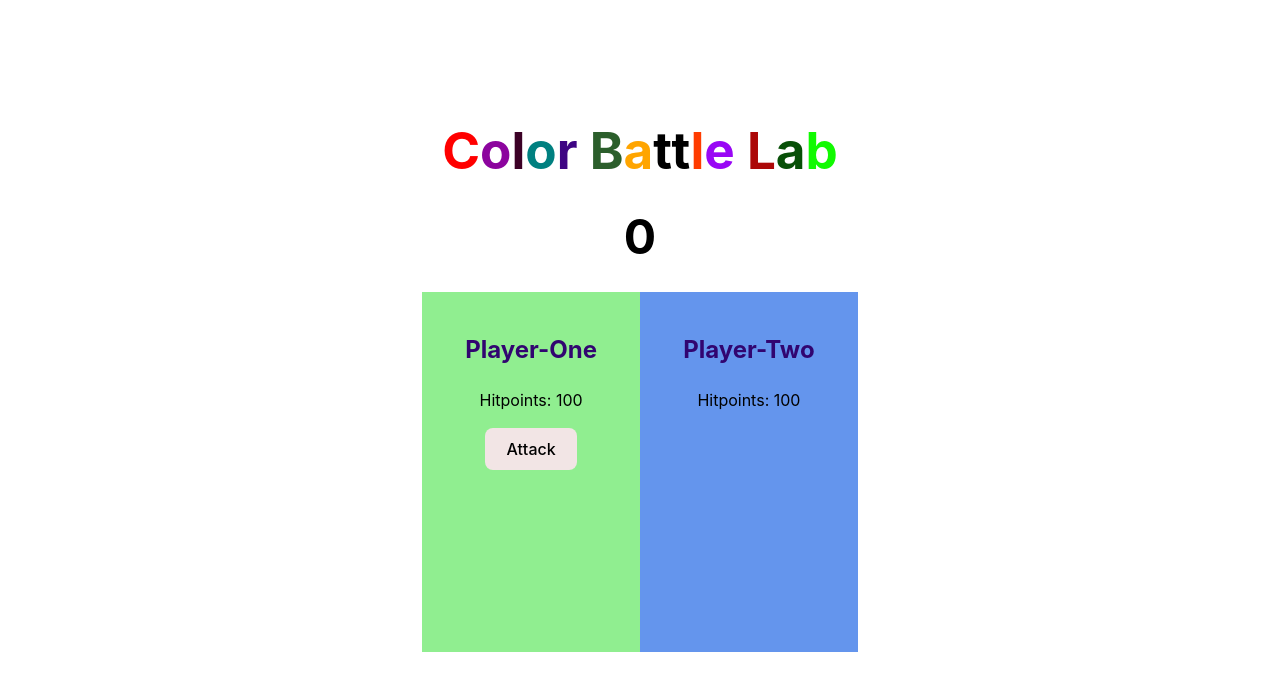
Repository: RAWdevX21/color-battle_lab-build
Page: /
The author's editor kept a copy of each file at every save. The page is drawn from the files as they stood at one save, then again after the next save.
The browser window is 1280 px wide. The pictures show the whole page.
The project was rebuilt for these pictures with package versions that can differ from the ones it lists, and the page was loaded fresh each time. Also part of the build but not shown: vite.config.js.

Above is the page before, as saved 2023-08-17 05:34:12.

### index.html
<!doctype html>
<html lang="en">
  <head>
    <meta charset="UTF-8" />
    <link rel="icon" type="image/svg+xml" href="/vite.svg" />
    <meta name="viewport" content="width=device-width, initial-scale=1.0" />
    <title>Color Battle</title>
  </head>
  <body>
    <div id="root"></div>
    <script type="module" src="/src/main.jsx"></script>
  </body>
</html>

### src/App.jsx
import { useState } from "react";
import GameBanner from "./Components/GameBanner";
import Player from "./Components/PlayerInfo";
import "./App.css";

export default function App() {

  const [player1, setPlayer1] = useState({
    name: "Player-One",
    color: "lightgreen",
    hitpoints: 100,
    turn: true
  });

  const [player2, setPlayer2] = useState({
    name: "Player-Two",
    color: "cornflowerblue",
    hitpoints: 100,
    turn: false
  });

  const [dice, setDice] = useState(0);

  const handleAttack = (attacker, defender, setAttacker, setDefender) => {
    const damage = Math.floor(Math.random() * 6) + 1;
    setDice(damage);

    const updatedDefender = {
      ...defender,
      hitpoints: defender.hitpoints - damage
    };
    const updatedAttacker = { ...attacker, turn: false };

    setDefender(updatedDefender);
    setAttacker(updatedAttacker);

    // Switch turns
    if (attacker === player1) {
      setPlayer2({ ...player2, turn: true });
    } else {
      setPlayer1({ ...player1, turn: true });
    }


    if (updatedDefender.hitpoints <= 0) {
      alert(`${attacker.name} wins!`);
    }
  };

  return (
    <div className="game-board">
      <GameBanner damagePoints={dice} />

      <div className="players-container">
        <div className="player-wrapper">
          <Player
            player={player1}
            onAttack={() =>
              handleAttack(player1, player2, setPlayer1, setPlayer2)
            }
          />
        </div>
        <div className="player-wrapper">
          <Player
            player={player2}
            onAttack={() =>
              handleAttack(player2, player1, setPlayer2, setPlayer1)
            }
          />
        </div>
      </div>
    </div>
  );
}

### src/index.css
:root {
  font-family: Inter, system-ui, Avenir, Helvetica, Arial, sans-serif;
  line-height: 1.5;
  font-weight: 400;

  color-scheme: light dark;
  background-color: #242424;

}

body {
  margin: 0;
  display: flex;
  place-items: center;
  min-width: 320px;
  min-height: 100vh;
}

h1 {
  font-size: 3.2em;
  line-height: 1.1;
}

button {
  border-radius: 8px;
  border: 1px solid transparent;
  padding: 0.6em 1.2em;
  font-size: 1em;
  font-weight: 500;
  font-family: inherit;
  background-color: #1a1a1a;
  cursor: pointer;
  transition: border-color 0.25s;
}
button:hover {
  border-color: #646cff;
}
button:focus,
button:focus-visible {
  outline: 4px auto -webkit-focus-ring-color;
}

@media (prefers-color-scheme: light) {
  :root {
    background-color: #ffffff;
  }

  button {
    background-color: #ffffff;
  }
}

### src/Components/GameBanner.jsx
import './GameBanner.css';
import Die from "./Die";

const GameBanner = ({ damagePoints }) => {
    return (
      <div className="banner">
        <h1>
          <span className="banner--c">C</span>
          <span className="banner--o">o</span>
          <span className="banner--l">l</span>
          <span className="banner--o2">o</span>
          <span className="banner--r">r</span>
          &nbsp;
          <span className="banner--b">B</span>
          <span className="banner--a">a</span>
          <span className="banner--t">t</span>
          <span className="banner--t">t</span>
          <span className="banner--l2">l</span>
          <span className="banner--e">e</span>
          &nbsp;
          <span className="banner--l3">L</span>
          <span className="banner--a2">a</span>
          <span className="banner--b2">b</span>
        </h1>
        <div className="damage-points">
          <Die value={damagePoints} />
        </div>
      </div>
    );
}

export default GameBanner;

### src/Components/PlayerInfo.jsx
import "./PlayerInfo.css";

const Player = ({ player, onAttack }) => {
  return (
    <div className="player" style={{ backgroundColor: player.color }}>
      <h2>{player.name}</h2>
      <p>Hitpoints: {player.hitpoints}</p>
      {player.turn && (
        <button className="attack-button" onClick={onAttack}>
          Attack
        </button>
      )}
    </div>
  );
};

export default Player;

### src/App.css
#root {
  margin: 0 auto;
  padding: 2rem;
  text-align: center;
}

h2 {
  color: rgb(49, 5, 112);
}

/* .game-board { */
  /* padding: 0px 30px; */
/* } */

.players-container {
  display: flex;
  align-items: stretch;
}

.player-wrapper {
  flex: 1;
  height: 50vh !important;
  min-height: 50vh !important;
  box-sizing: border-box;
  overflow: hidden !important;
}

### src/Components/GameBanner.css
.banner {
    text-align: center;
    padding: 20px;
    background-color: #ffffff;
    color: black;
}

.damage-points {
    margin-top: 10px;
    font-size: 6rem;
}

.banner h1 span.banner--c { color: red; }
.banner h1 span.banner--o { color: rgb(140, 4, 158); }
.banner h1 span.banner--l { color: rgb(60, 1, 38); }
.banner h1 span.banner--o2 { color: teal; }
.banner h1 span.banner--r { color: rgb(62, 5, 131); }
.banner h1 span.banner--b { color: rgb(43, 94, 43); }
.banner h1 span.banner--a { color: orange; }
.banner h1 span.banner--t { color: black; }
.banner h1 span.banner--l2 { color: rgb(255, 60, 0); }
.banner h1 span.banner--e { color: rgb(153, 7, 245); }
.banner h1 span.banner--l3 { color: rgb(172, 8, 8); }
.banner h1 span.banner--a2 { color: rgb(8, 80, 8); }
.banner h1 span.banner--b2 { color: rgb(17, 250, 1); }

### src/Components/Die.jsx
import "./Die.css";

const Die = ({ value }) => {
  return <div className="die-container">{value}</div>;
};

export default Die;

### src/Components/PlayerInfo.css
div.player {
    height: 30rem;
    overflow: hidden;
}

.player {
    padding: 20px;
    box-sizing: border-box;
    background-color: #f5f5f5;
}

.attack-button {
    padding: 10px 20px;
    background-color: rgb(242, 229, 229);
    color: black;
    cursor: pointer;
}

### src/Components/Die.css
.die {
    text-align: center;
    font-size: 20px;
    margin-top: 20px;
}

.die-container {
    width: 50px;
    height: 50px;
    /* border: 2px solid black; */
    /* border-radius: 8px; */
    display: flex;
    align-items: center;
    justify-content: center;
    font-size: 3rem;
    font-weight: bold;
    margin: 10px auto;
}

Loaded but not shown: src/main.jsx (common file)

After the next save:
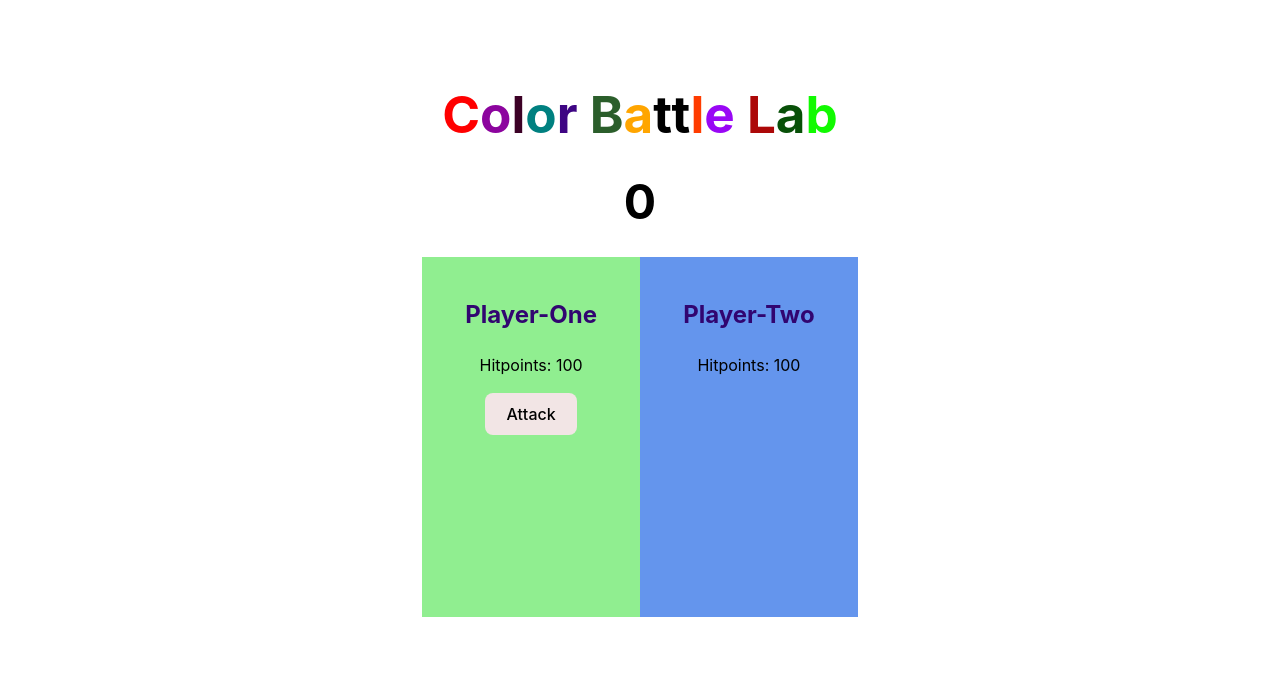
Saved 60 s later.
--- a/src/index.css
+++ b/src/index.css
@@ -12,8 +12,8 @@
   margin: 0;
   display: flex;
   place-items: center;
-  min-width: 320px;
-  min-height: 100vh;
+  /* min-width: 320px; */
+  /* min-height: 100vh; */
 }
 
 h1 {

After the save that followed:
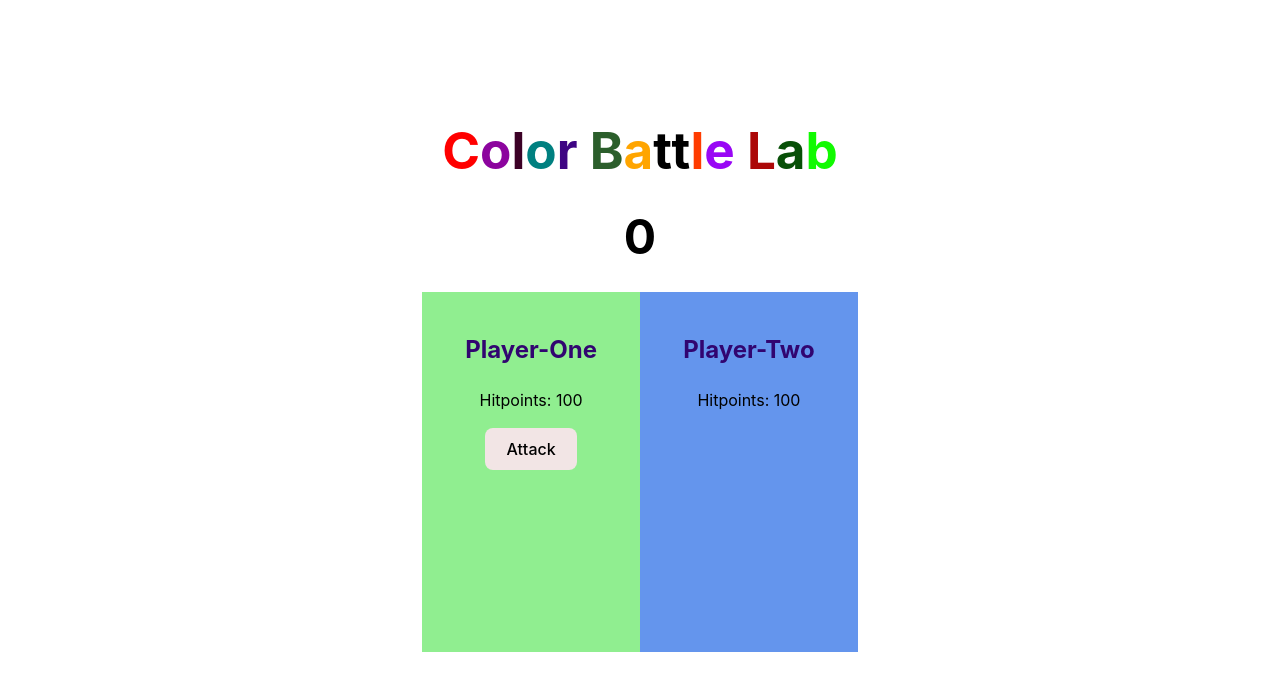
Saved 18 s later.
--- a/src/index.css
+++ b/src/index.css
@@ -12,8 +12,8 @@
   margin: 0;
   display: flex;
   place-items: center;
-  /* min-width: 320px; */
-  /* min-height: 100vh; */
+  min-width: 320px;
+  min-height: 100vh;
 }
 
 h1 {
